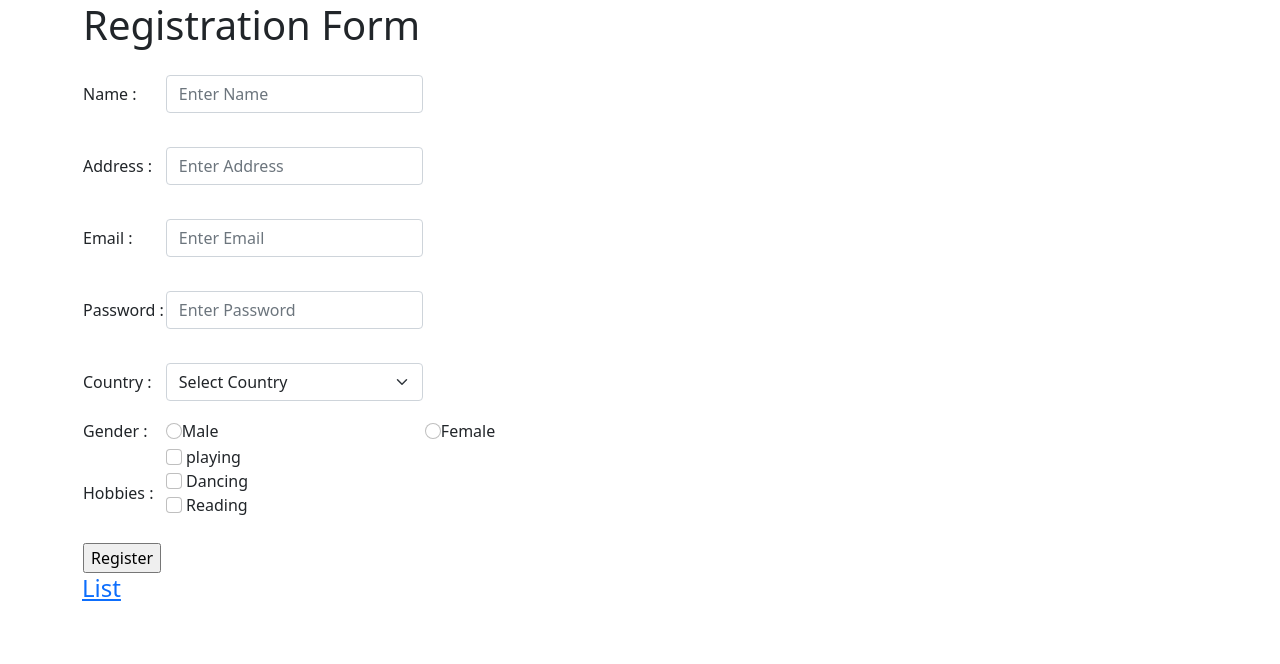
Repository: testuser85495/Java-Practical
Page: http://localhost/First_demo/
The author's editor kept a copy of each file at every save. The page is drawn from the files as they stood at one save, then again after the next save.
The browser window is 1280 px wide. The pictures show the whole page.
The page is served by Tomcat 9.

Above is the page before, as saved 2024-07-23 13:32:42.

After the next save:
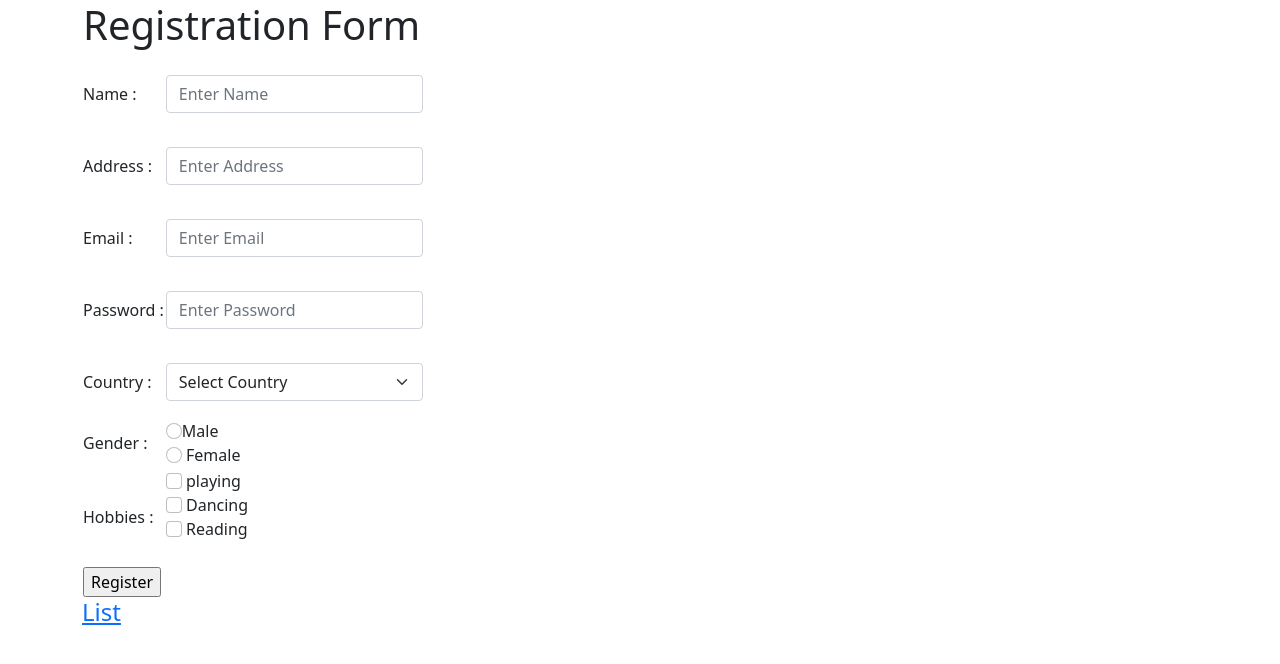
Saved 16 s later.
--- a/First_demo/src/main/webapp/index.jsp
+++ b/First_demo/src/main/webapp/index.jsp
@@ -67,10 +67,12 @@
 					</select></td>
 				</tr>
 
-				<tr >
+				<tr>
 					<td><label>Gender : </label></td>
-					<td><input type="radio" name="gender" value="male" class="form-check-input">Male<br> </td>
-					<td><input type="radio" name="gender" value="female" class="form-check-input">Female<br></td>
+					<td><input type="radio" name="gender" value="male" class="form-check-input">Male<br>
+
+						<input type="radio" name="gender" value="female" class="form-check-input">
+						Female<br></td>
 				</tr>
 
 
